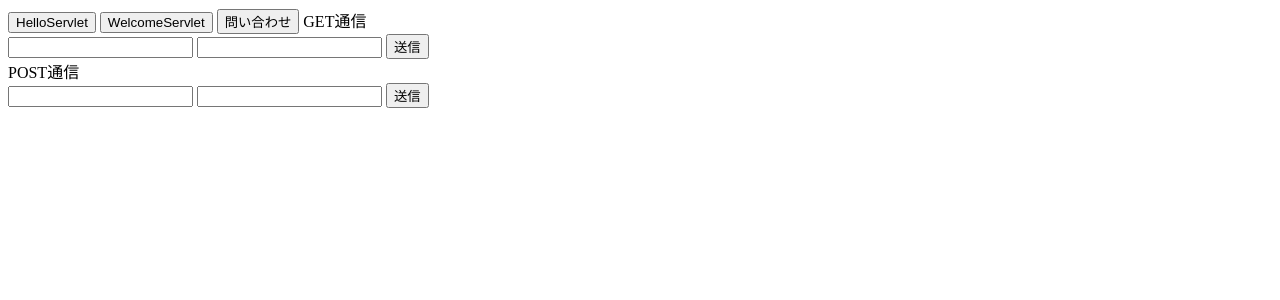
Repository: hoimizu-c/test
Page: http://localhost/HelloServlet/
An editor plug-in stored every save of this project. The page is shown before and after the next save, followed by the edit.
The browser window is 1280 px wide. The pictures show the whole page.
The page is served by Tomcat 9. Other server files are loaded and not shown.

Above is the page before, as saved 2018-12-07 11:50:03.

### HelloServlet/WebContent/index.jsp
<%@ page language="java" contentType="text/html; charset=UTF-8"
    pageEncoding="UTF-8"%>
<!DOCTYPE html>

<html>
<head>
<meta charset="UTF-8">
<title>HelloServlet</title>
</head>
<body>
 <input type="button" value="HelloServlet" onClick="location.href='HelloServlet'">
 <input type="button" value="WelcomeServlet" onClick="location.href='welcome.jsp'">
 <input type="button" value="問い合わせ" onClick="location.href='inquiry.jsp'">
 GET通信
<form method="get" action="TestServlet">
 <input type="text" name="username">
 <input type="password" name="password">
 <input type="submit" value="送信">
</form>
POST通信
<form method="post" action="TestServlet">
 <input type="text" name="username">
 <input type="password" name="password">
 <input type="submit" value="送信">
</form>

</body>
</html>

After the next save:
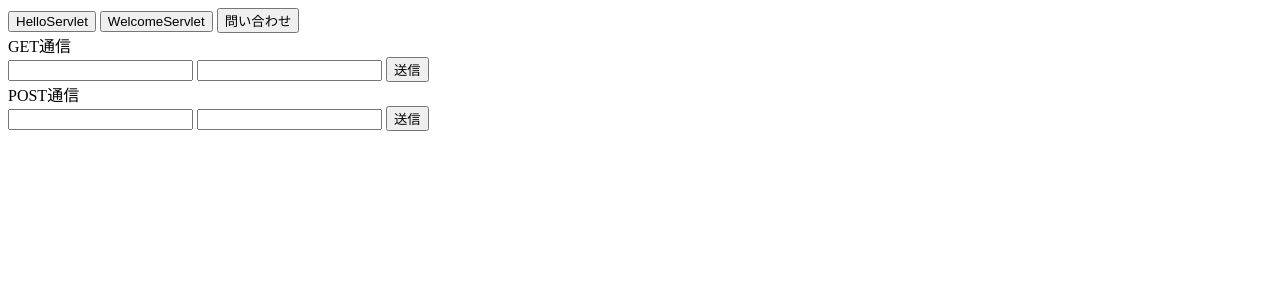
Saved 48 s later.
--- a/HelloServlet/WebContent/index.jsp
+++ b/HelloServlet/WebContent/index.jsp
@@ -11,7 +11,7 @@
  <input type="button" value="HelloServlet" onClick="location.href='HelloServlet'">
  <input type="button" value="WelcomeServlet" onClick="location.href='welcome.jsp'">
  <input type="button" value="問い合わせ" onClick="location.href='inquiry.jsp'">
- GET通信
+ <br>GET通信
 <form method="get" action="TestServlet">
  <input type="text" name="username">
  <input type="password" name="password">
